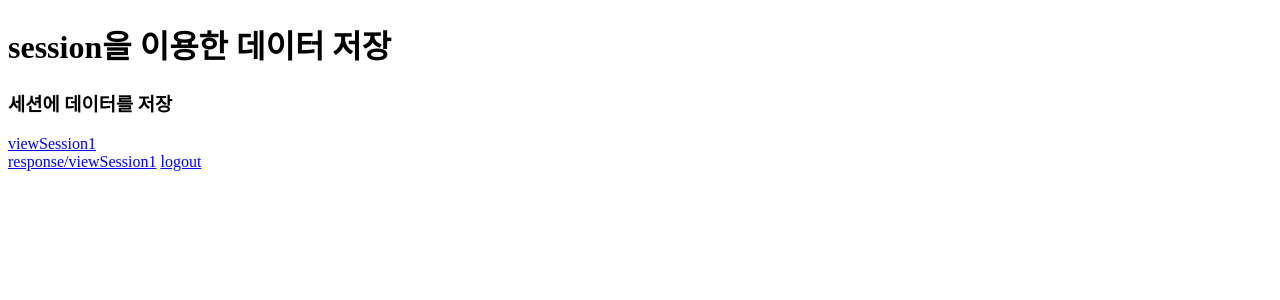
Repository: hhw9797/bitcampjn201904
Page: http://localhost/FirstWeb/session/makeSession.jsp
The author's editor kept a copy of each file at every save. The page is drawn from the files as they stood at one save, then again after the next save.
The browser window is 1280 px wide. The pictures show the whole page.
The page is served by Tomcat 9.

Above is the page before, as saved 2019-06-21 06:14:10.

After the next save:
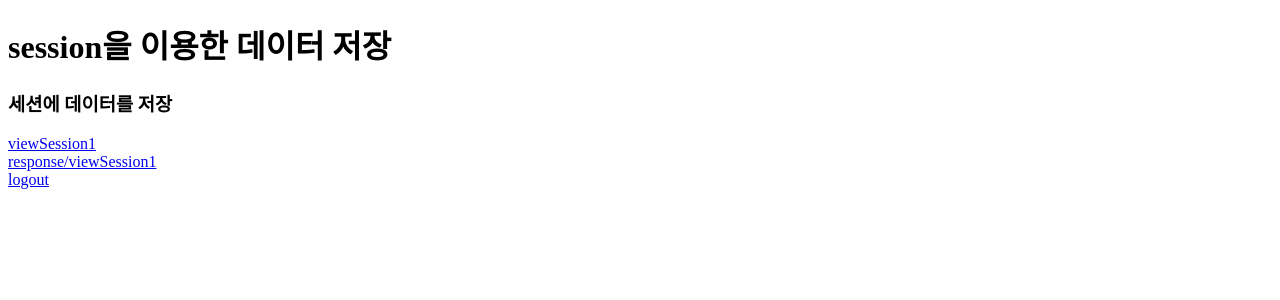
Saved 4 s later.
--- a/html/html5/jsp/FirstWeb/WebContent/session/makeSession.jsp
+++ b/html/html5/jsp/FirstWeb/WebContent/session/makeSession.jsp
@@ -25,7 +25,7 @@
 
 	<a href="viewSession.jsp">viewSession1</a> <br>
 
-	<a href="../response/viewSession.jsp">response/viewSession1</a>
+	<a href="../response/viewSession.jsp">response/viewSession1</a> <br>
 
 	<a href="logout.jsp">logout</a>
 </body>
